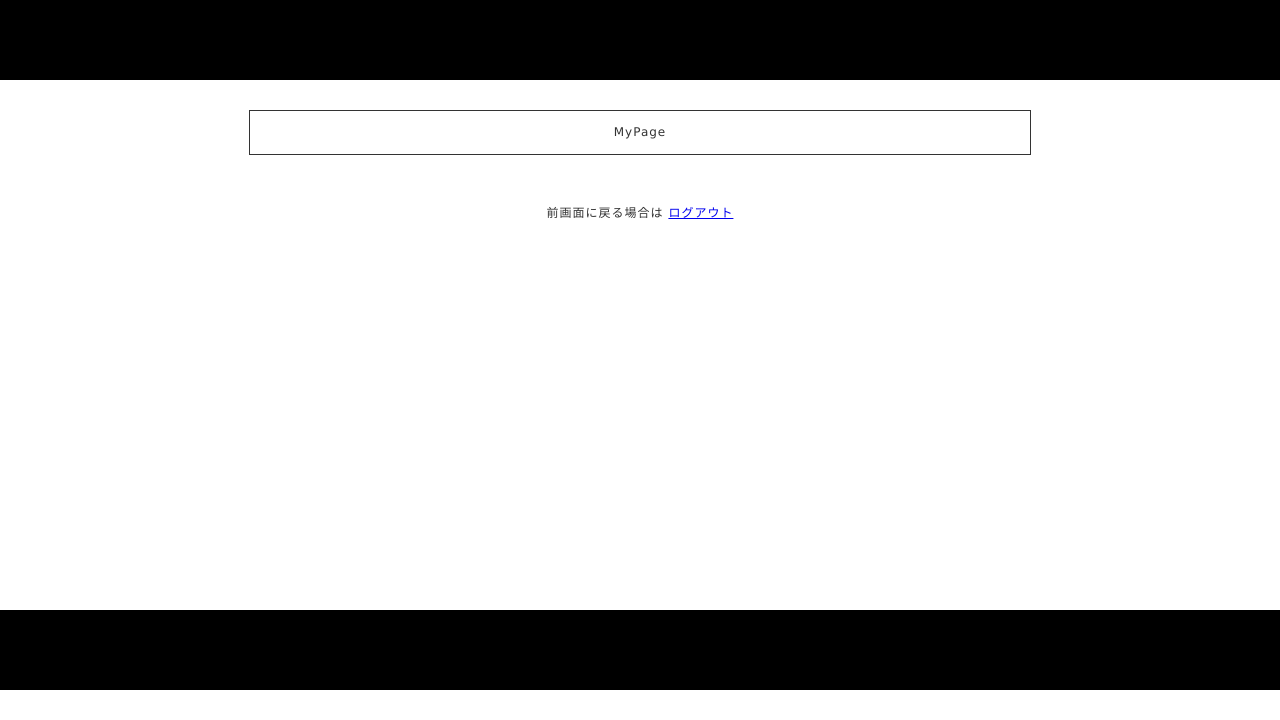
Repository: watasyaada/test
Page: http://localhost/template/myPage.jsp
An editor plug-in stored every save of this project. The page is shown before and after the next save, followed by the edit.
The browser window is 1280 px wide. The pictures show the whole page.
The page is served by Tomcat 9. Other server files are loaded and not shown.

Above is the page before, as saved 2018-06-26 05:32:32.

### template/WebContent/myPage.jsp
<%@ page language="java" contentType="text/html; charset=UTF-8"
    pageEncoding="UTF-8"%>
<%@ taglib prefix="s" uri="/struts-tags" %>
<!DOCTYPE html>
<html>
<head>
<meta http-equiv="Content-Type" content="text/html; charset=UTF-8" />
<meta http-equiv="Content-Style-Type" content="text/css" />
<meta http-equiv="Content-Script-Type" content="text/javascript" />
<meta http-equiv="imagetoolbar" content="no" />
<meta name="description" content="" />
<meta name="keywords" content="" />
<title>MyPage画面</title>

<style type="text/css">
/* ========TAG LAYOUT======== */

        body{
        margin:0;
        padding:0;
        line-height:1.6;
        letter-spacing:1px;
        font-family:Verdana, Helvetica, sans-serif;
        font-size:12px;
        color:#333;
        background: #fff;
        }

        table{
        text-align:center;
        margin:0 auto;
        }
        /* ========ID LAYOUT======== */
        #top{
        width:780px;
        margin:30px auto;
        border:1px solid #333;
        }

        #header{
        width: 100%;
        height: 80px;
        background-color: black;
        }

        #main{
        width: 100%;
        height: 500px;
        text-align: center;
        }
        #footer{
        width: 100%;
        height: 80px;
        background-color: black;
        clear:both;
        }
        </style>
</head>
<body>
      <div id="header">
              <div id="pr">
              </div>
        </div>
        <div id="main">
               <div id="top">
                      <p>MyPage</p>
               </div>
               <div>
               <s:if test="session.message == ''">
                      <h3>ご購入情報は以下になります。</h3>
                      <table>
                            <tr>
                                 <td>商品名</td>
                                 <td><s:property value="session.buyItem_name" /></td>
                            </tr>
                            <tr>
                                 <td>値段</td>
                                 <td>
                                       <s:property value="session.total_price" />
                                             <span>円</span>
                                 </td>
                             </tr>
                             <tr>
                                  <td>購入個数</td>
                                  <td>
                                       <s:property value="session.total_count" />
                                               <span>個</span>
                                  </td>
                             </tr>
                             <tr>
                                  <td>支払い方法</td>
                                  <td><s:property value="session.total_payment" /></td>
                             </tr>
                      </table>
                      <s:form action="MyPageAction">
                              <input type="hidden" name="deleteFlg" value="1">
                              <s:submit value="削除" method="delete" />
                      </s:form>
                  </s:if>
                  <s:if test="session.message != null">
                          <h3><s:property value="session.message" /></h3>
                  </s:if>
                          <div>
                                 <br>
                                 <span>前画面に戻る場合は</span>
                                 <a href='<s:url action="HomeAction" />'>ログアウト</a>
                                 </div>
                          </div>
                   </div>
                   <div id="footer">
                           <div id="pr">
                           </div>
                  </div>
</body>
</html>

After the next save:
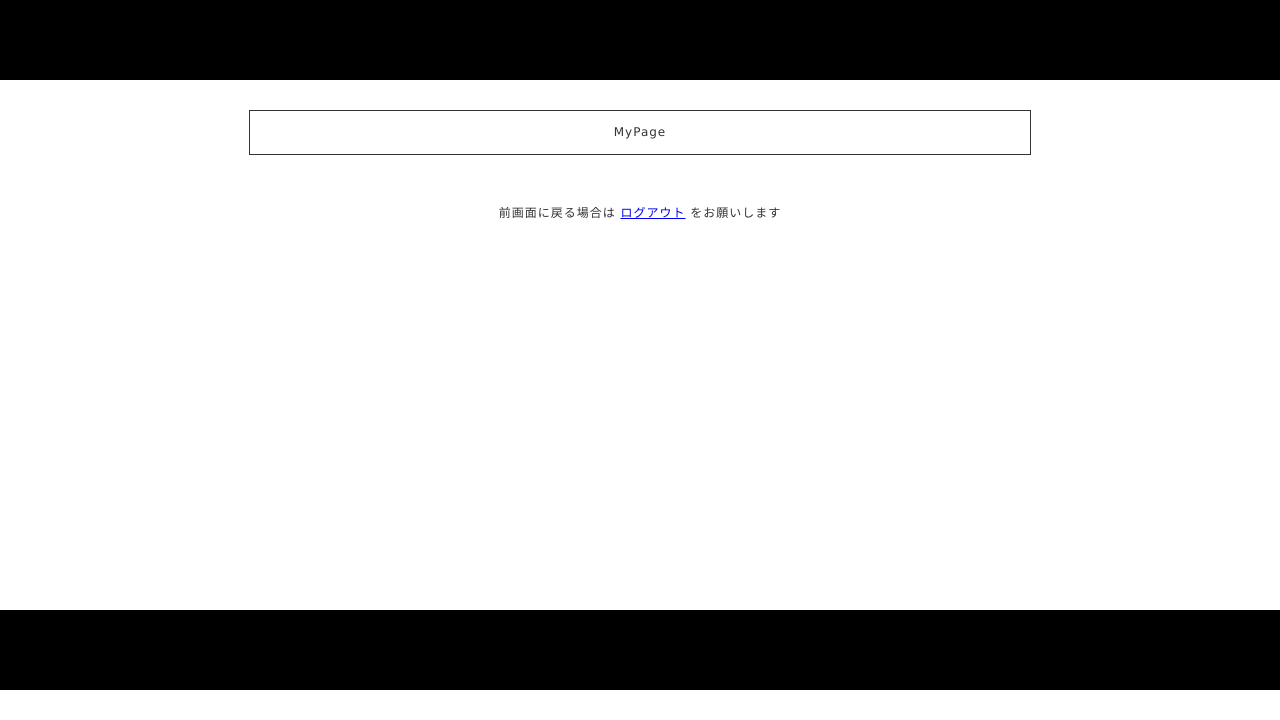
Saved 50 min 30 s later.
--- a/template/WebContent/myPage.jsp
+++ b/template/WebContent/myPage.jsp
@@ -72,6 +72,7 @@
                             <tr>
                                  <td>商品名</td>
                                  <td><s:property value="session.buyItem_name" /></td>
+
                             </tr>
                             <tr>
                                  <td>値段</td>
@@ -104,6 +105,7 @@
                                  <br>
                                  <span>前画面に戻る場合は</span>
                                  <a href='<s:url action="HomeAction" />'>ログアウト</a>
+                                 <span>をお願いします</span>
                                  </div>
                           </div>
                    </div>
